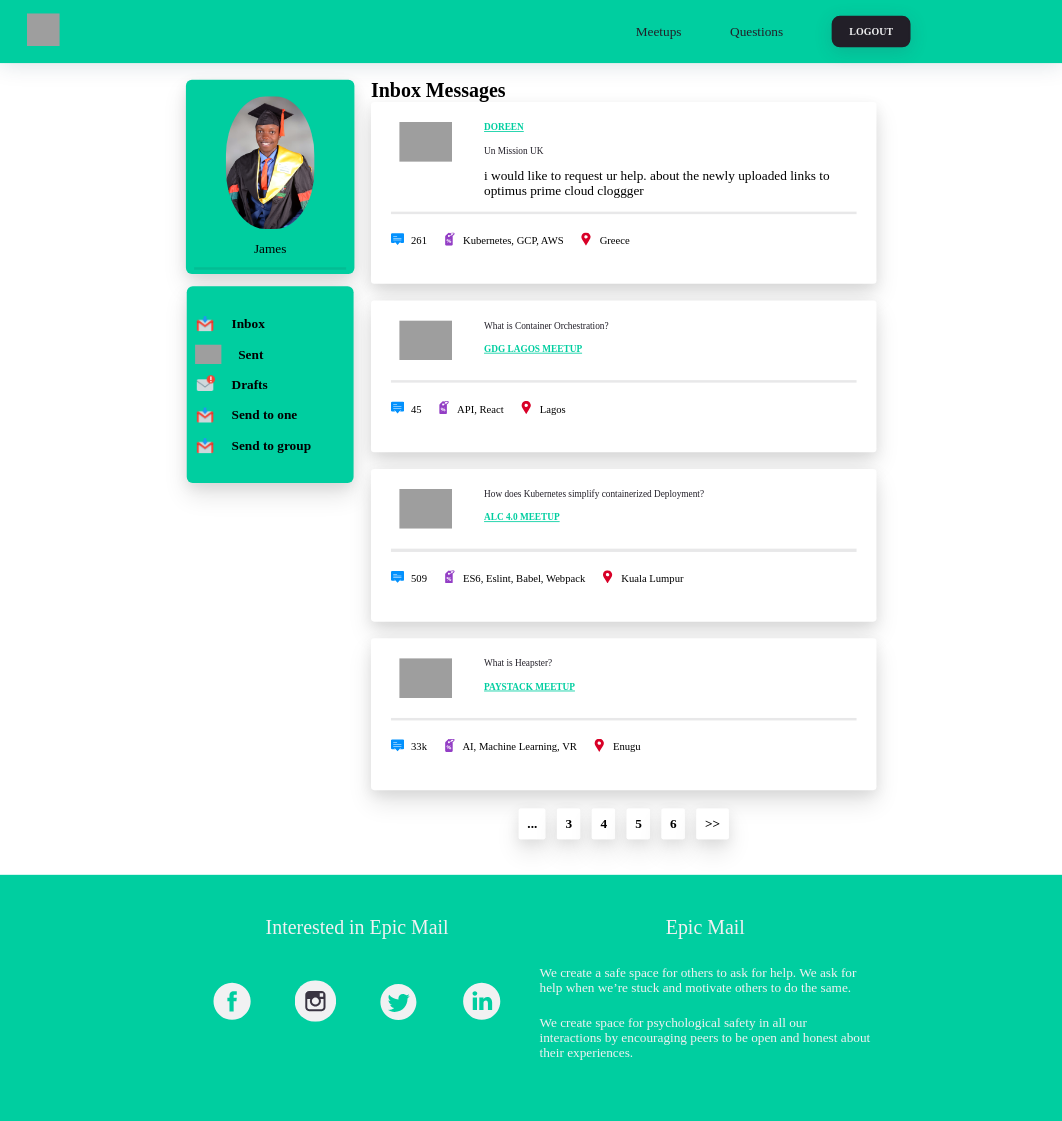
Repository: Gfreedoms/Epic-Mail
Page: pages/profile.html
The author's editor kept a copy of each file at every save. The page is drawn from the files as they stood at one save, then again after the next save.
The browser window is 1280 px wide. The pictures show the whole page, at 83% of full size.
Pictures or frames that could not be fetched are drawn as grey boxes. Some web fonts or font styles are not loaded; a fallback is used.

Above is the page before, as saved 2019-02-26 23:04:01.

After the next save:
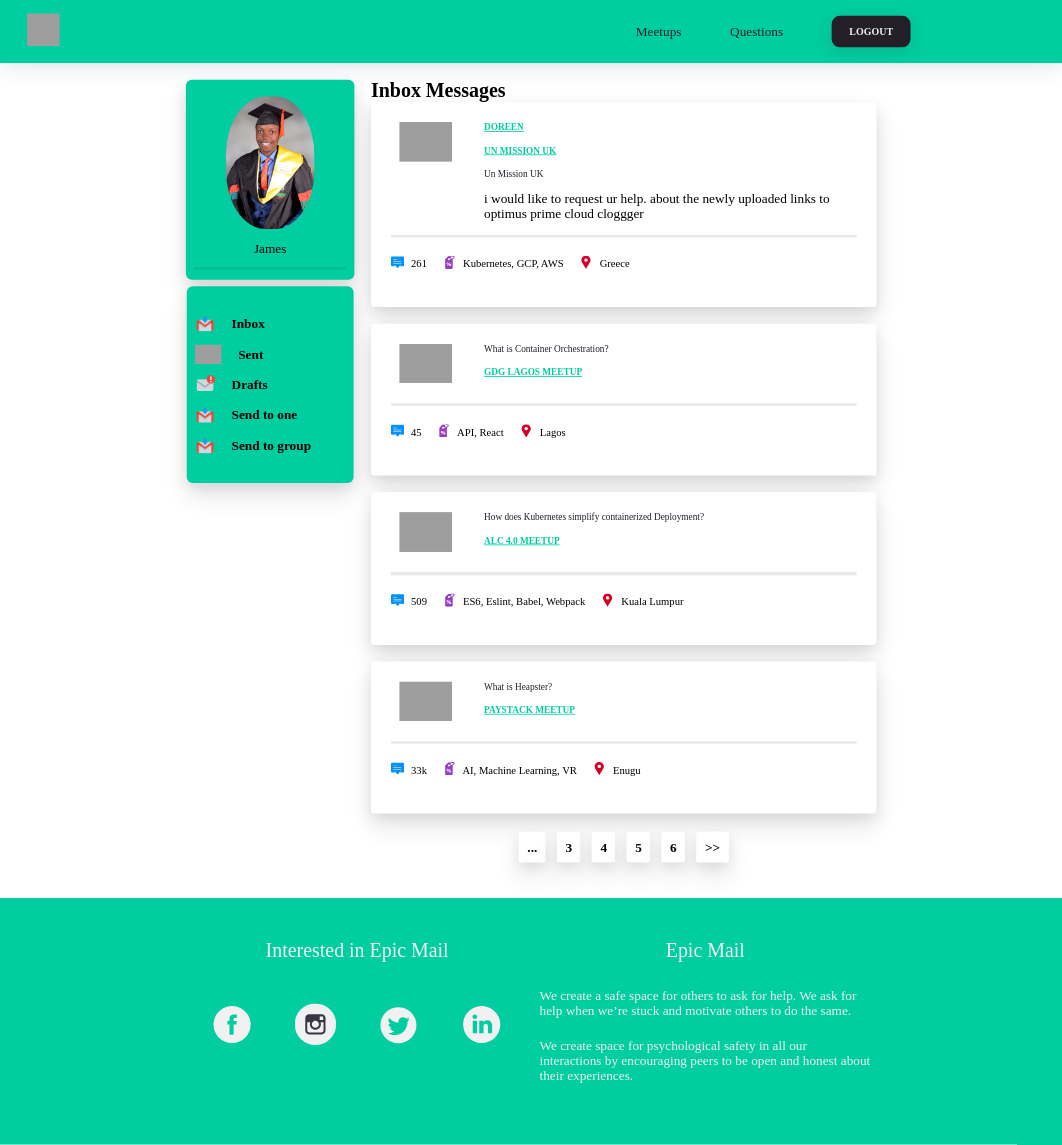
Saved 69 s later.
--- a/pages/profile.html
+++ b/pages/profile.html
@@ -113,6 +113,12 @@
 									<a class="q-link" href="./meetup.html">
 										<h3 class="sm-text">Doreen</h3>
 									</a>
+
+									<a class="q-link" href="./meetup.html">
+										<h3 class="sm-text">Un Mission UK</h3>
+									</a>
+
+
 								<h3 class="md-text title">Un Mission UK</h3>
 								<h3 class="md-text title"></h3><p>i would like to request ur help.
 									about the newly uploaded links to

After the 2 saves that followed:
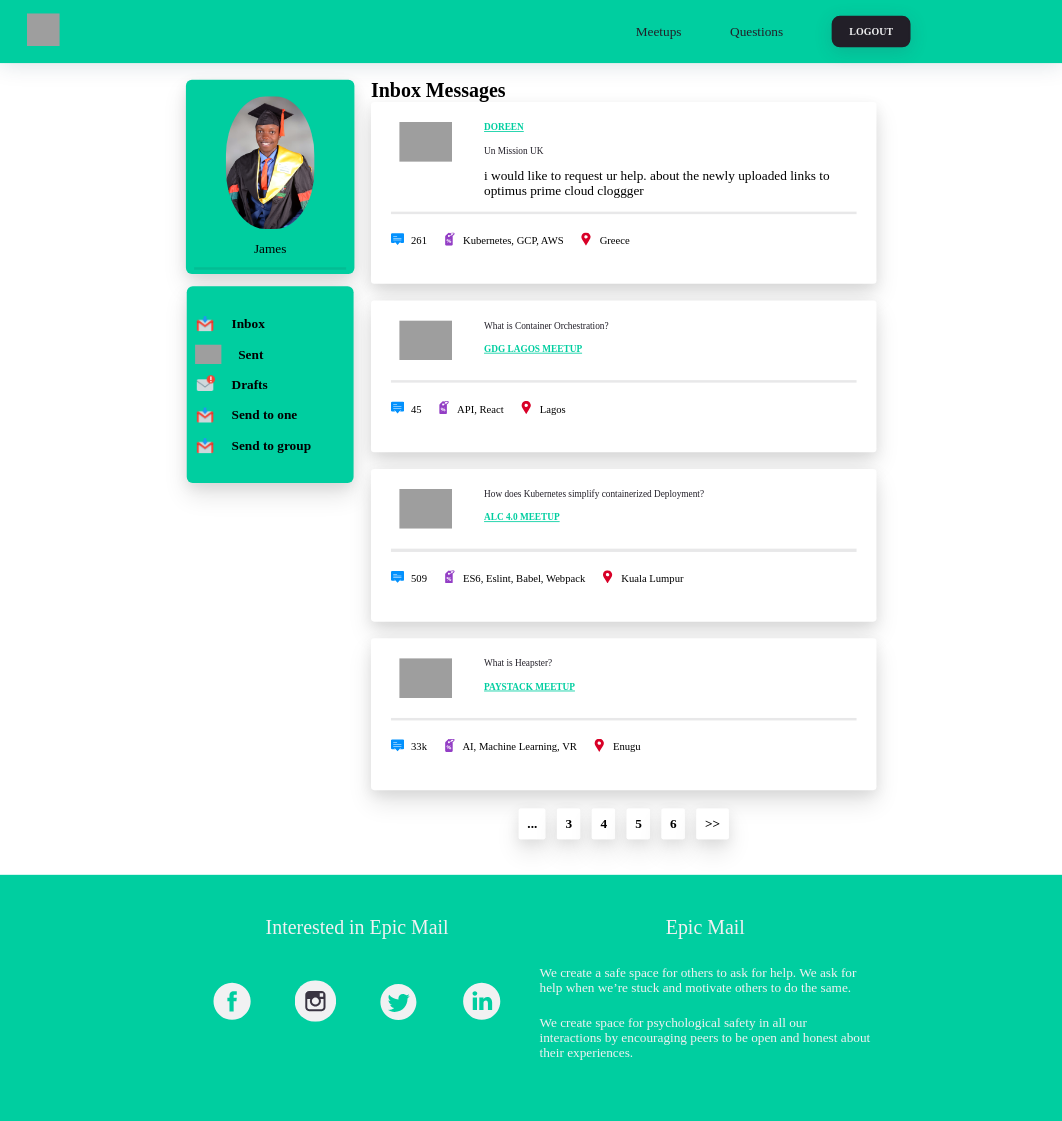
The 2 saves are shown as one change because 1 left the picture as it was.
The last was saved 2 min 19 s later.
--- a/pages/profile.html
+++ b/pages/profile.html
@@ -104,7 +104,7 @@
 			</div>
 
 			<div class="meetups">
-					<h2><b>	Inbox Messages</b></h2>
+				<h2><b>	Inbox Messages</b></h2>
 				<div class="questions card-lg">
 					<div class="content pall-1">
 						<div class="q-title">
@@ -113,18 +113,12 @@
 									<a class="q-link" href="./meetup.html">
 										<h3 class="sm-text">Doreen</h3>
 									</a>
-
-									<a class="q-link" href="./meetup.html">
-										<h3 class="sm-text">Un Mission UK</h3>
-									</a>
-
-
 								<h3 class="md-text title">Un Mission UK</h3>
-								<h3 class="md-text title"></h3><p>i would like to request ur help.
+								<p>i would like to request ur help.
 									about the newly uploaded links to
 									optimus prime cloud cloggger
 
-								</p></h3>
+								</p>
 							</div>
 						</div>
 						<div class="divider"></div>
